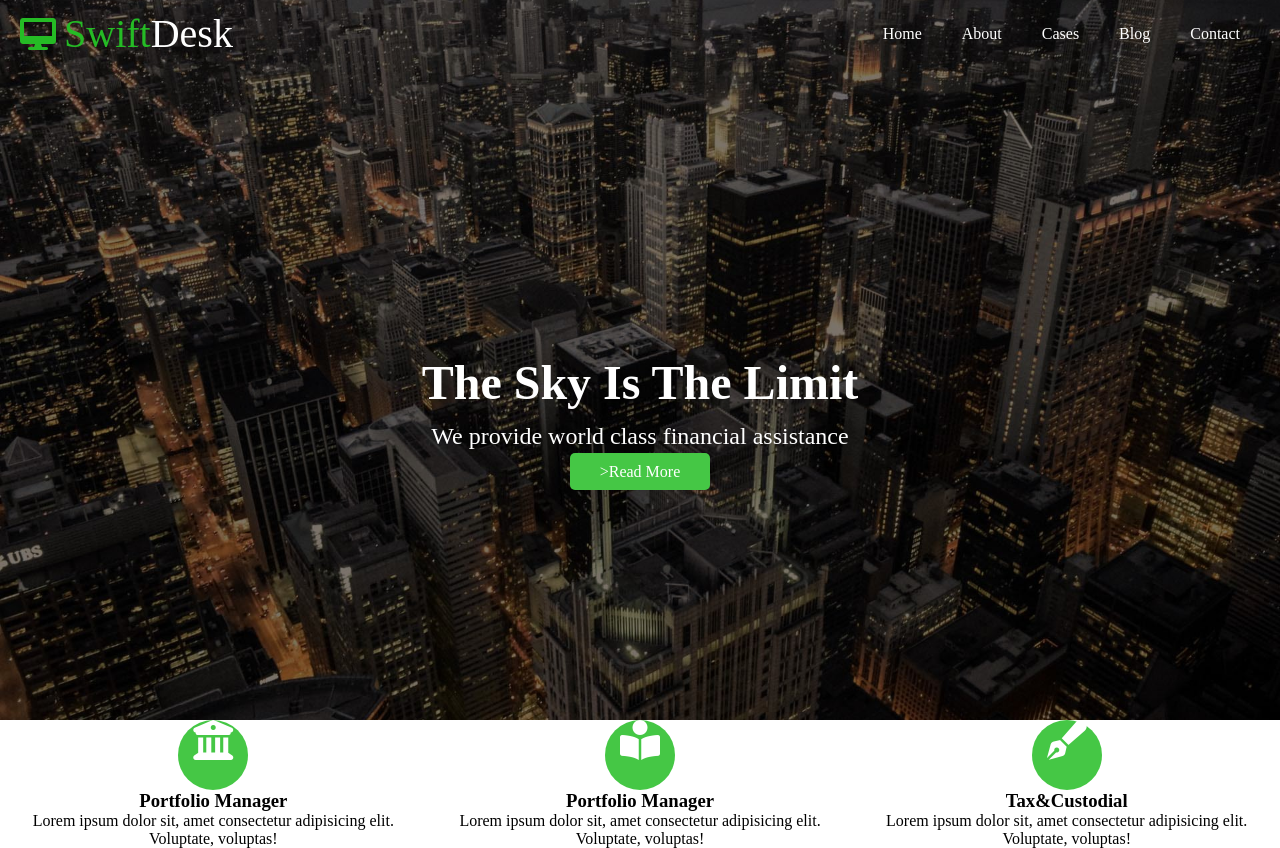
Repository: reemoon-ctrl/swiftdisk-Website-Flexbox
Page: index.html
An editor plug-in stored every save of this project. The page is shown before and after the next save, followed by the edit.
The browser window is 1280 px wide. The pictures show the whole page.

Above is the page before, as saved 2024-07-26 22:15:38.

After the next save:
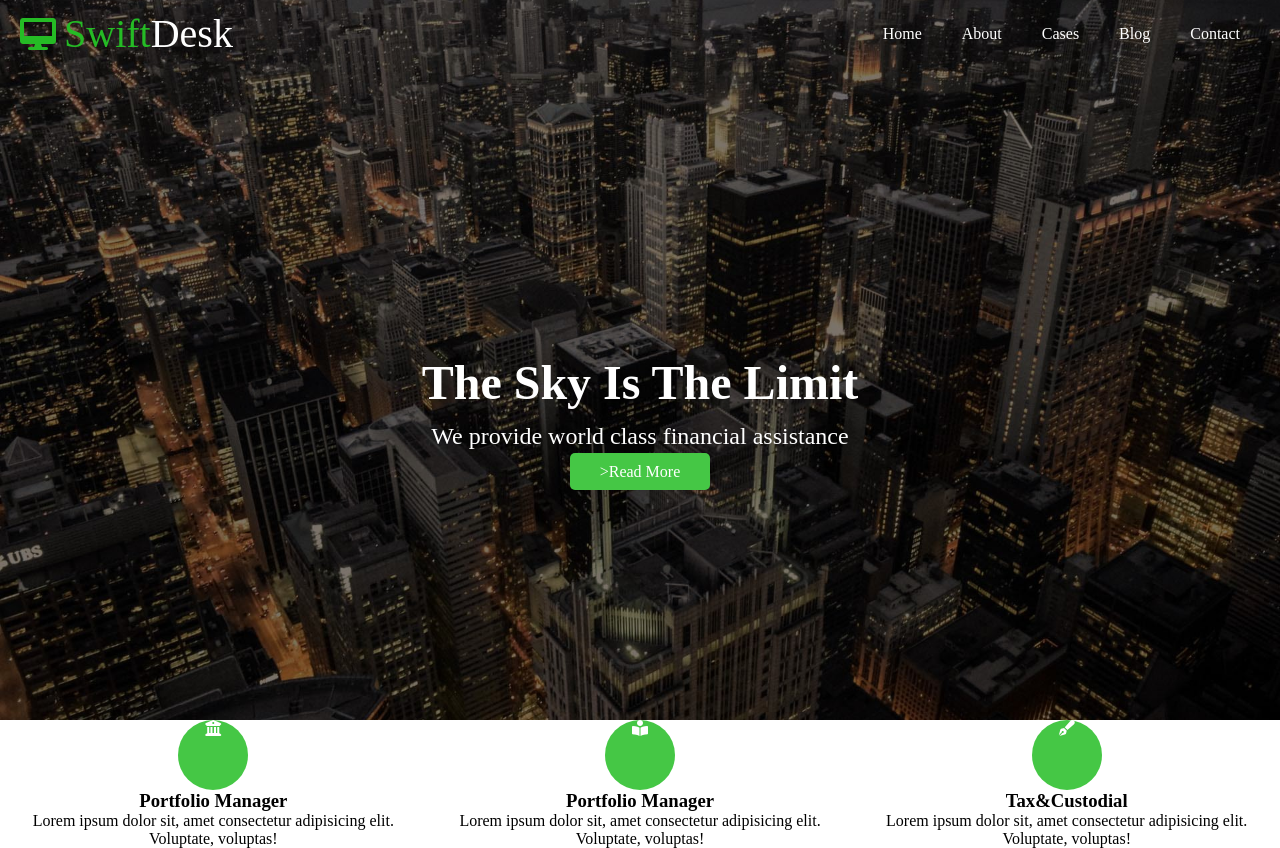
Saved 17 s later.
--- a/index.css
+++ b/index.css
@@ -90,6 +90,6 @@ body{
     height: 70px;
     border-radius: 50px;
     text-align: center;
-    font-size: 40px;
+    font-size: px;
 
 }

After the 2 saves that followed:
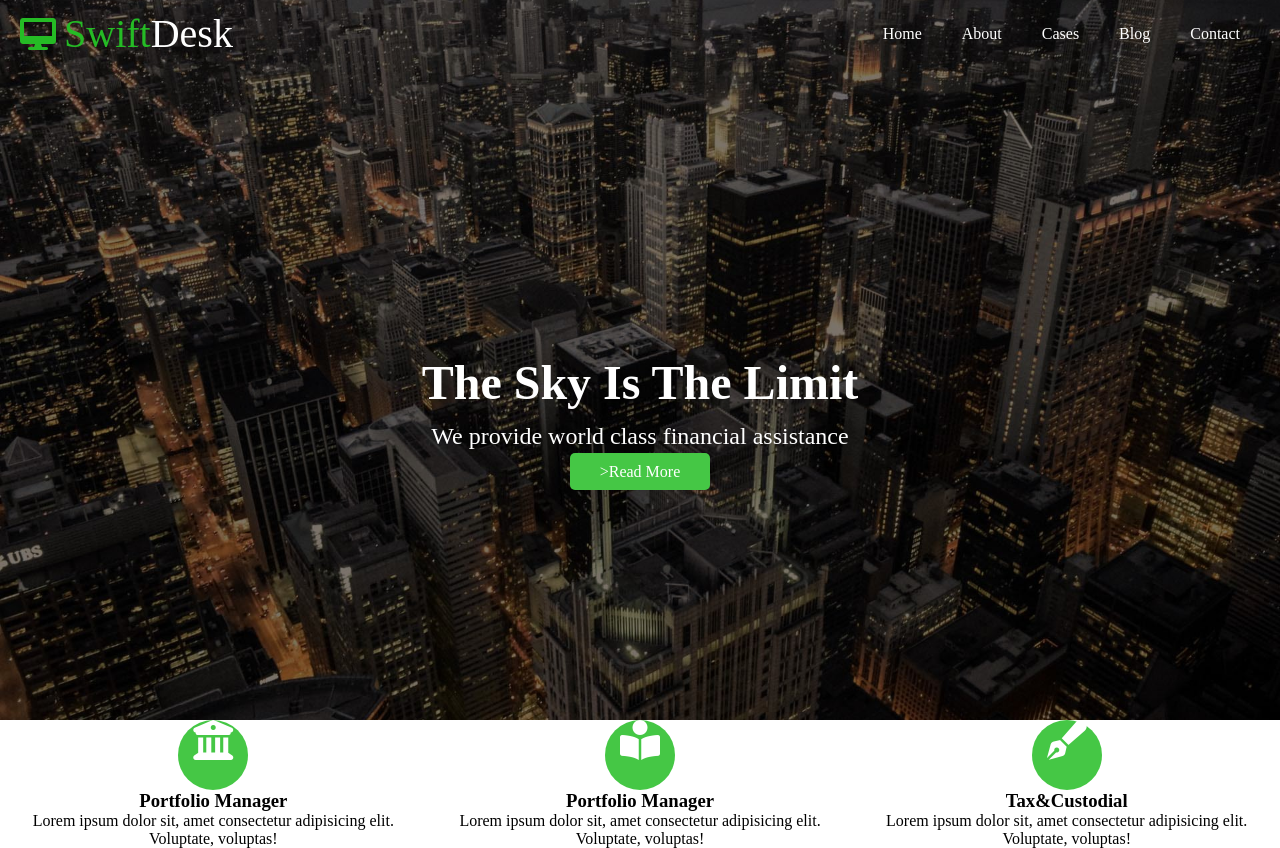
The 2 saves are shown as one change because 1 left the picture as it was.
The last was saved 15 s later.
--- a/index.css
+++ b/index.css
@@ -88,8 +88,8 @@ body{
     color:#fff;
     width:70px;
     height: 70px;
-    border-radius: 50px;
+    border-radius: 70px;
     text-align: center;
-    font-size: px;
+    font-size: 40px;
 
 }
